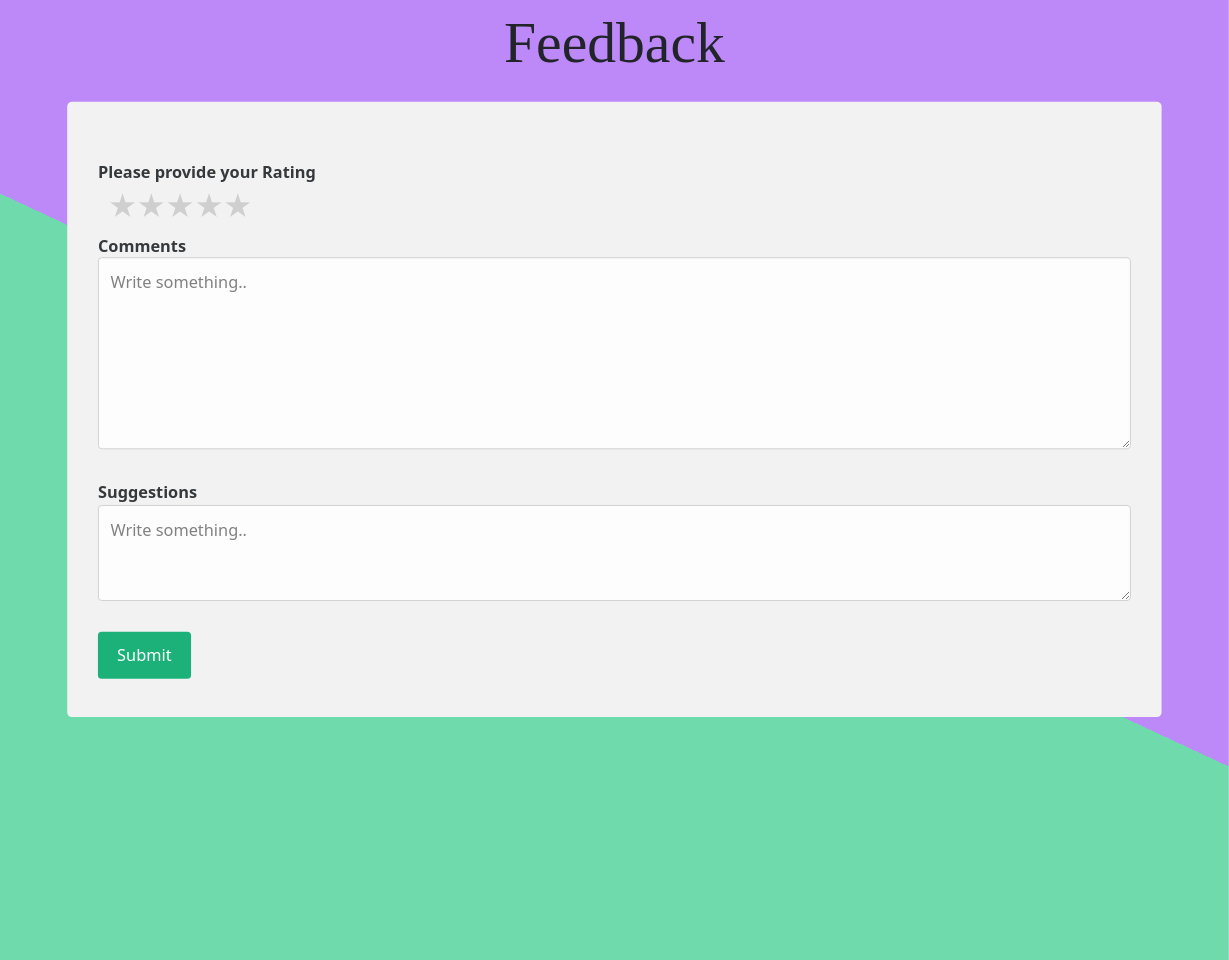
Repository: poornasyamasundar/Software-Project-Manager
Page: SoftwareManager/Templates/feedback.html
These files come from the project's save history. The page is drawn as it stood at one moment and after the next save; the edit follows.
The browser window is 1280 px wide. The pictures show the whole page, at 96% of full size.

Above is the page before, as saved 2021-10-23 21:57:36.

### SoftwareManager/Templates/feedback.html
<!DOCTYPE html>
<html>
	<head>
		<link rel = 'stylesheet' href = 'feedback.css'>
		<link href="https://cdn.jsdelivr.net/npm/bootstrap@5.0.2/dist/css/bootstrap.min.css" rel="stylesheet" integrity="sha384-EVSTQN3/azprG1Anm3QDgpJLIm9Nao0Yz1ztcQTwFspd3yD65VohhpuuCOmLASjC" crossorigin="anonymous">
		<title>
			Feedback
		</title>
        <!-- <style>
            body {font-family: Arial, Helvetica, sans-serif;
                background-color: #4BDBC3;
                background-image: -webkit-linear-gradient(65deg, #6fdaab  50%,  #bd88f8 50%);
                min-height: 1000px;
            }
            * {box-sizing: border-box;}

            input[type=text], select, textarea {
              width: 100%;
              padding: 12px;
              border: 1px solid #ccc;
              border-radius: 4px;
              box-sizing: border-box;
              margin-top: 6px;
              margin-bottom: 16px;
              resize: vertical;
            }

            input[type=submit] {
              background-color: #04AA6D;
              color: white;
              padding: 12px 20px;
              border: none;
              border-radius: 4px;
              cursor: pointer;
            }

            input[type=submit]:hover {
              background-color: #45a049;
            }

            .container {
              border-radius: 5px;
              background-color: #f2f2f2;
              padding: 20px;
              margin-top: 10px;
            }



            *{
                margin: 0;
                padding: 0px;
            }
            .rate {
                float: left;
                height: 46px;
                padding: 0 10px;
            }
            .rate:not(:checked) > input {
                position:absolute;
                top:-9999px;
            }
            .rate:not(:checked) > label {
                float:right;
                width:1em;
                overflow:hidden;
                white-space:nowrap;
                cursor:pointer;
                font-size:30px;
                color:#ccc;
            }
            .rate:not(:checked) > label:before {
                content: '★ ';
            }
            .rate > input:checked ~ label {
                color: #ffc700;
            }
            .rate:not(:checked) > label:hover,
            .rate:not(:checked) > label:hover ~ label {
                color: #deb217;
            }
            .rate > input:checked + label:hover,
            .rate > input:checked + label:hover ~ label,
            .rate > input:checked ~ label:hover,
            .rate > input:checked ~ label:hover ~ label,
            .rate > label:hover ~ input:checked ~ label {
                color: #c59b08;
            }

            p{
                font-family:serif;
                font-size: 60px;
            }
            </style> -->
	</head>
	<body>

        <p align="center" >Feedback</p>


<div class="container">
    <div id="ui">
  <form action="" method="POST">

    <label for="rating">Please provide your Rating</label>
    <br>
    <div class="rate">
        <input type="radio" id="star5" name="rate" value="5" />
        <label for="star5" title="text">5 stars</label>
        <input type="radio" id="star4" name="rate" value="4" />
        <label for="star4" title="text">4 stars</label>
        <input type="radio" id="star3" name="rate" value="3" />
        <label for="star3" title="text">3 stars</label>
        <input type="radio" id="star2" name="rate" value="2" />
        <label for="star2" title="text">2 stars</label>
        <input type="radio" id="star1" name="rate" value="1" />
        <label for="star1" title="text">1 star</label>
      </div>

      <br>

      <br>

    <label for="comments">Comments</label>
    <br>
    <textarea id="comments" name="comments" placeholder="Write something.." style="height:200px"></textarea>
    <br>
    <br>
    <label for="suggestions">Suggestions</label>
    <br>
    <textarea id="suggestions" name="suggestions" placeholder="Write something.." style="height:100px"></textarea>

    <br>
    <br>
    <input type="submit" value="Submit" style="text-align:center">
  </form>
</div>
</div>

    </body>
</html>

### SoftwareManager/Templates/feedback.css
body {font-family: Arial, Helvetica, sans-serif;
    background-color: #4BDBC3;
    background-image: -webkit-linear-gradient(65deg, #6fdaab  50%,  #bd88f8 50%);
    min-height: 1000px;
}
#ui {
	/* background-color: #333; */
	padding: 20px;
	margin-top: 20px;
	border-radius: 10px;
	opacity: 0.9;
	font-weight: bold;
    font-size: 17px;
  }

* {box-sizing: border-box;}

input[type=text], select, textarea {
  width: 100%;
  padding: 12px;
  border: 1px solid #ccc;
  border-radius: 4px;
  box-sizing: border-box;
  margin-top: 6px;
  margin-bottom: 16px;
  resize: vertical;
}

input[type=submit] {
  background-color: #04AA6D;
  color: white;
  padding: 12px 20px;
  border: none;
  border-radius: 4px;
  cursor: pointer;
}

input[type=submit]:hover {
  background-color: #45a049;
}

.container {
  border-radius: 5px;
  background-color: #f2f2f2;
  padding: 20px;
  margin-top: 10px;
}



*{
    margin: 0;
    padding: 0px;
}
.rate {
    float: left;
    height: 46px;
    padding: 0 10px;
}
.rate:not(:checked) > input {
    position:absolute;
    top:-9999px;
}
.rate:not(:checked) > label {
    float:right;
    width:1em;
    overflow:hidden;
    white-space:nowrap;
    cursor:pointer;
    font-size:30px;
    color:#ccc;
}
.rate:not(:checked) > label:before {
    content: '★ ';
}
.rate > input:checked ~ label {
    color: #ffc700;
}
.rate:not(:checked) > label:hover,
.rate:not(:checked) > label:hover ~ label {
    color: #deb217;
}
.rate > input:checked + label:hover,
.rate > input:checked + label:hover ~ label,
.rate > input:checked ~ label:hover,
.rate > input:checked ~ label:hover ~ label,
.rate > label:hover ~ input:checked ~ label {
    color: #c59b08;
}

p{
    font-family:serif;
    font-size: 60px;
}

After the next save:
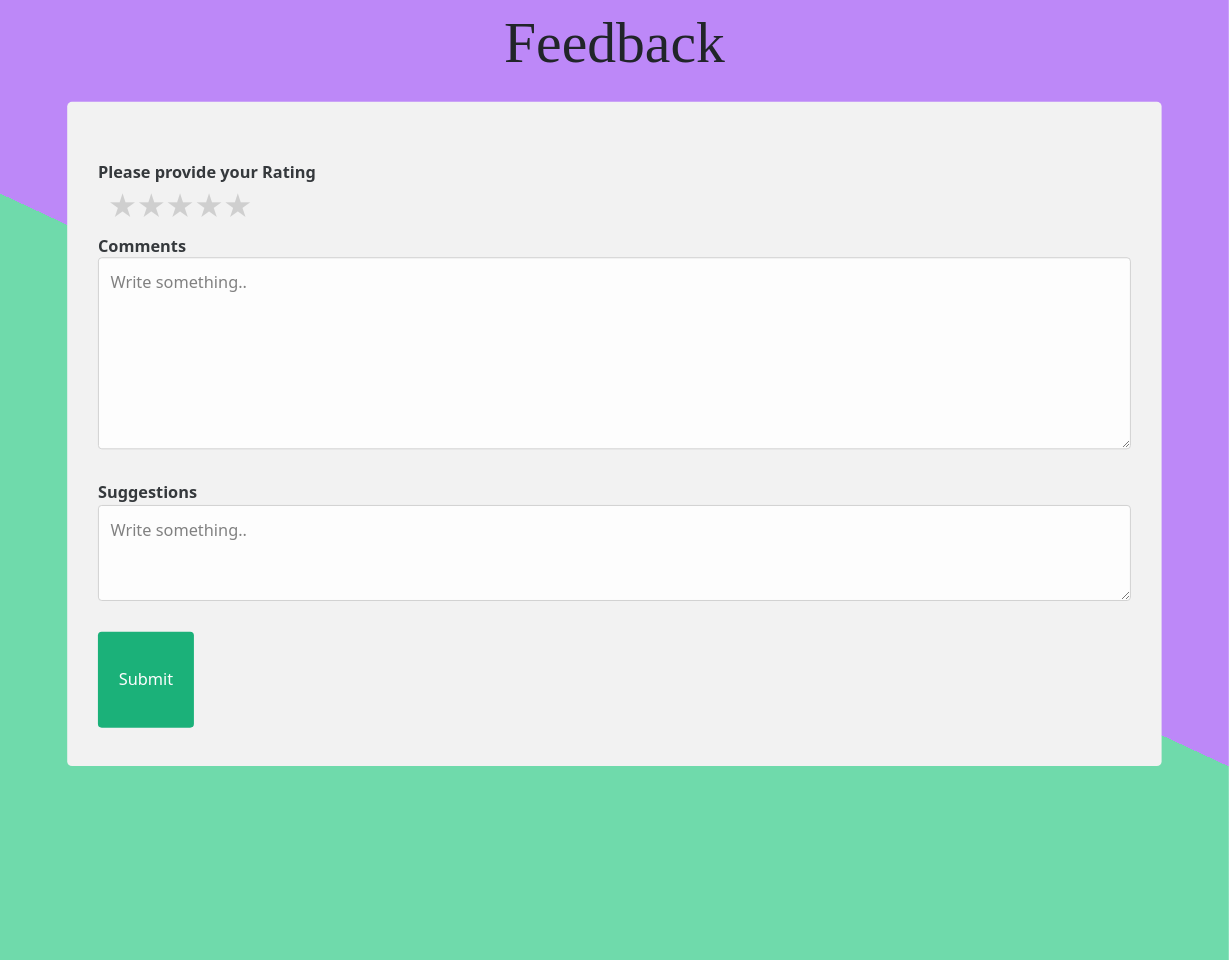
Saved 2 min 8 s later.
--- a/SoftwareManager/Templates/feedback.html
+++ b/SoftwareManager/Templates/feedback.html
@@ -132,7 +132,7 @@
 
     <br>
     <br>
-    <input type="submit" value="Submit" style="text-align:center">
+    <input type="submit" value="Submit" style="width:100px; height:100px;">
   </form>
 </div>
 </div>
